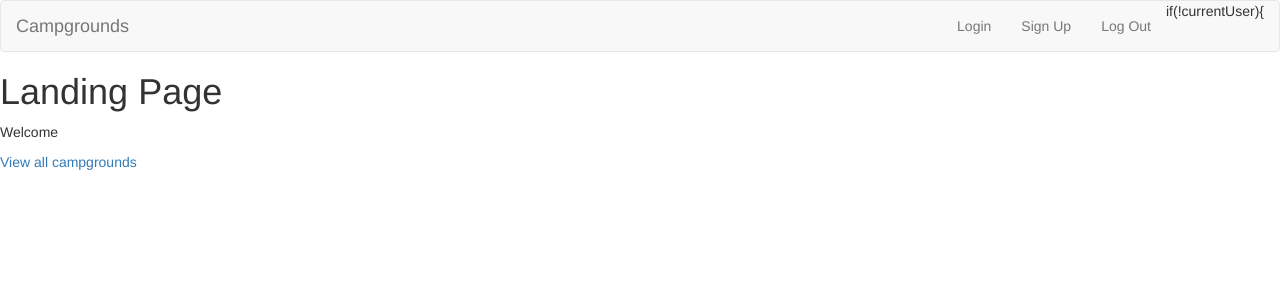
Repository: pichu0528/Web-Development
Page: http://localhost/
The author's editor kept a record of every edit. The page is drawn from the files as they stood at one moment, then again after the next edit.
The browser window is 1280 px wide. The pictures show the whole page.
The page is served by the project's Node server (YelpCamp/v6/app.js). Other server files are loaded and not shown.

Above is the page before.
Console error (its wording comes from the project's code and is left out).

### YelpCamp/v6/views/landing.ejs
<%include partials/header %>

<h1>Landing Page</h1>

<p>Welcome</p>

<a href="/campgrounds">View all campgrounds</a>

<%include partials/footer %>

### YelpCamp/v6/views/partials/header.ejs
<!DOCTYPE html>
<html>
    <head>
        <title>YelpCamp</title>
        <script src="//maxcdn.bootstrapcdn.com/bootstrap/3.3.5/js/bootstrap.min.js"></script>
        <link rel="stylesheet" href="//maxcdn.bootstrapcdn.com/bootstrap/3.3.5/css/bootstrap.min.css">
        <link rel="stylesheet" href="/stylesheets/main.css">
    </head>
    <body>
        <nav class="navbar navbar-default">
            <div class="container-fluid">
                <div class="navbar-header">
                    <a class="navbar-brand" href="/">Campgrounds</a>
                </div>
                <div class="collapse navbar-collapse">
                    <ul class="nav navbar-nav navbar-right">
                        <!--if no user-->
                        if(!currentUser){
                            <li><a href="/login">Login</a></li>
                            <li><a href="/register">Sign Up</a></li>
                        <!--else-->
                            <li><a href="/logout">Log Out</a></li>
                    </ul>
                </div>
            </div>
        </nav>

### YelpCamp/v6/app.js
var express       = require("express"),
    app           = express(),
    bodyparser    = require("body-parser"),
    mongoose      = require("mongoose"),
    passport      = require("passport"),
    LocalStrategy = require("passport-local"),
    Campground    = require("./models/campground.js"),
    Comment       = require("./models/comment"),
    User          = require("./models/user"),
    seedDB        = require("./seeds");

/*Connecting to Mongo Database*/
mongoose.connect("mongodb://localhost:27017/yelp_camp",{ useNewUrlParser: true });



// var campgrounds = [
//     {name: "Mountain", image:"https://upload.wikimedia.org/wikipedia/commons/thumb/6/6e/Monasterio_Khor_Virap%2C_Armenia%2C_2016-10-01%2C_DD_25.jpg/1200px-Monasterio_Khor_Virap%2C_Armenia%2C_2016-10-01%2C_DD_25.jpg"},
//     {name: "Ocean", image:"https://kids.nationalgeographic.com/content/dam/kids/photos/articles/Nature/H-P/Habitats/Ocean/wave.ngsversion.1500050062134.adapt.1900.1.jpg"},
//     {name: "Jungle", image:"https://www.geckosadventures.com/sites/geckos/files/styles/low-quality/public/elements/product/hero/ecuador-amazon-jungle-river.jpg"},{name: "Mountain", image:"https://upload.wikimedia.org/wikipedia/commons/thumb/6/6e/Monasterio_Khor_Virap%2C_Armenia%2C_2016-10-01%2C_DD_25.jpg/1200px-Monasterio_Khor_Virap%2C_Armenia%2C_2016-10-01%2C_DD_25.jpg"},
//     {name: "Ocean", image:"https://kids.nationalgeographic.com/content/dam/kids/photos/articles/Nature/H-P/Habitats/Ocean/wave.ngsversion.1500050062134.adapt.1900.1.jpg"},
//     {name: "Jungle", image:"https://www.geckosadventures.com/sites/geckos/files/styles/low-quality/public/elements/product/hero/ecuador-amazon-jungle-river.jpg"},{name: "Mountain", image:"https://upload.wikimedia.org/wikipedia/commons/thumb/6/6e/Monasterio_Khor_Virap%2C_Armenia%2C_2016-10-01%2C_DD_25.jpg/1200px-Monasterio_Khor_Virap%2C_Armenia%2C_2016-10-01%2C_DD_25.jpg"},
//     {name: "Ocean", image:"https://kids.nationalgeographic.com/content/dam/kids/photos/articles/Nature/H-P/Habitats/Ocean/wave.ngsversion.1500050062134.adapt.1900.1.jpg"},
//     {name: "Jungle", image:"https://www.geckosadventures.com/sites/geckos/files/styles/low-quality/public/elements/product/hero/ecuador-amazon-jungle-river.jpg"}
// ];

app.use(bodyparser.urlencoded({extended:true}));
app.set("view engine", "ejs");
app.use(express.static(__dirname + "/public")); // linking CSS stylesheet
//seedDB();

// Passport Configuration
app.use(require("express-session")({
    secret: "This can be anything that we want",
    resave: false,
    saveUninitialized: false
}));
app.use(passport.initialize());
app.use(passport.session());
passport.use(new LocalStrategy(User.authenticate()));
passport.serializeUser(User.serializeUser());
passport.deserializeUser(User.deserializeUser());

// Middleware - Passing {currentUser: req.user} into every route
app.use(function(req,res,next){
    res.locals.currentUser = req.user;
    next();
});

app.get("/", function(req,res){
   res.render("landing");
});

//INDEX - show all campgrounds
app.get("/campgrounds", function(req, res){
    // Get all campgrounds from DB
    Campground.find({},function(err,allCampgrounds){
        if(err){
            console.log(err);
        }
        else{
            res.render("campgrounds/index",{campgrounds:allCampgrounds});
        }
    })
    // res.render("campgrounds",{campgrounds:campgrounds});
});

// CREATE - add campground to DB
app.post("/campgrounds", function(req,res){
   // get data from form and add to campgrounds array
   var name= req.body.name;
   var image=req.body.image;
   var desc = req.body.description;
   var newCampground = {name: name, image: image, description: desc};
   // Create a new campground and save to DB
   Campground.create(newCampground, function(err,newlyCreated){
       if(err){
           console.log(err);
       }
       else{
           res.redirect("/campgrounds");
       }
   });
   // campgrounds.push(newCampground);
   // redirect back to campgrounds page
   // res.redirect("/campgrounds");
});

// NEW - show form to create new campground
app.get("/campgrounds/new", function(req,res){
   res.render("campgrounds/new");
});

// SHOW - shows more info about one campground
app.get("/campgrounds/:id", function(req,res){
    // find the campground with provided ID
    Campground.findById(req.params.id).populate("comments").exec( function(err,foundCampground){
        if(err){
            console.log(err);
        }
        else{
            console.log(foundCampground);
            // render show template with that campground
            res.render("campgrounds/show", {campground: foundCampground});
        }
    });
});

// ===============================
// Comment Routes
// ===============================

app.get("/campgrounds/:id/comments/new", isLoggedIn, function(req,res){
    // Find campground by id
    Campground.findById(req.params.id, function(err,campground){
        if(err){
            console.log(err);
        }else{
            res.render("comments/new",{campground:campground});
        }
    });

});

app.post("/campgrounds/:id/comments", isLoggedIn, function(req,res){
    // Lookup campground using ID
    Campground.findById(req.params.id, function(err, campground){
        if(err){
            console.log(err);
            res.redirect("/campgrounds");
        }else{
            // Create new comment
            Comment.create(req.body.comment, function(err,comment){
                if(err){
                    console.log(err);
                }else{
                    // Connect new comment to campground
                    campground.comments.push(comment);
                    campground.save();
                    // Redirect to campground showpage
                    res.redirect("/campgrounds/" + campground._id);
                }
            });
        }
    });
});

// ===============================
// Auth Routes
// ===============================

// Show Register Form
app.get("/register", function(req,res){
    res.render("register");
});
// Handle Signup Logic
app.post("/register", function(req,res){
    var newUser = new User({username: req.body.username});
    User.register(newUser, req.body.password, function(err,user){
        if(err){
            console.log(err);
            return res.render("register");
        }
        passport.authenticate("local")(req,res,function(){
            res.redirect("/campgrounds");
        });
    });
});

// Show Login Form
app.get("/login", function(req,res){
    res.render("login");
});
// Handle Login Logic
app.post("/login", passport.authenticate("local", {
    successRedirect: "/campgrounds",
    failureRedirect: "/login"
}), function(req,res){

});

// Logout Logic
app.get("/logout", function(req,res){
    req.logout();
    res.redirect("/campgrounds");
});

function isLoggedIn(req, res, next){
    if(req.isAuthenticated()){
        return next();
    }
    res.redirect("/login");
}

app.listen(process.env.PORT, process.env.IP, function(){
   console.log("YelpCamp Started");
});

### YelpCamp/v6/public/stylesheets/main.css
.thumbnail{
    padding:0;
}
.thumbnail img{
    width:100%;
}
.thumbnail .caption-full{
    padding:9px;
}

Loaded but not shown: YelpCamp/v6/views/partials/footer.ejs (common file)

After the next edit:
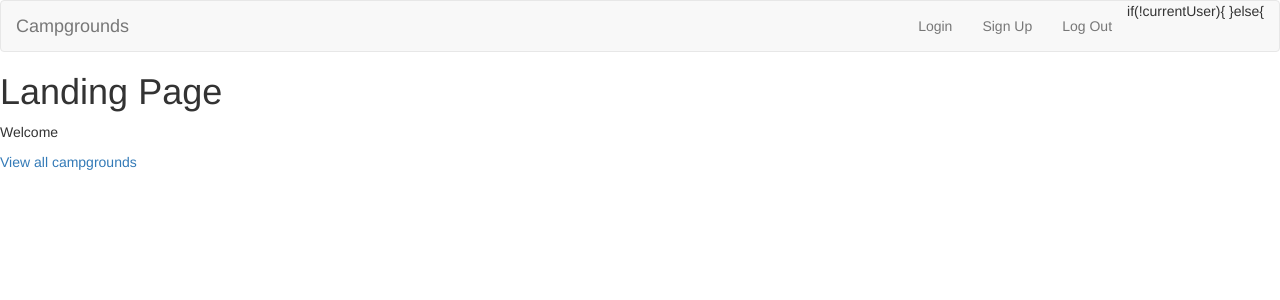
The edit:
--- a/YelpCamp/v6/views/partials/header.ejs
+++ b/YelpCamp/v6/views/partials/header.ejs
@@ -18,6 +18,7 @@
                         if(!currentUser){
                             <li><a href="/login">Login</a></li>
                             <li><a href="/register">Sign Up</a></li>
+                        }else{
                         <!--else-->
                             <li><a href="/logout">Log Out</a></li>
                     </ul>
